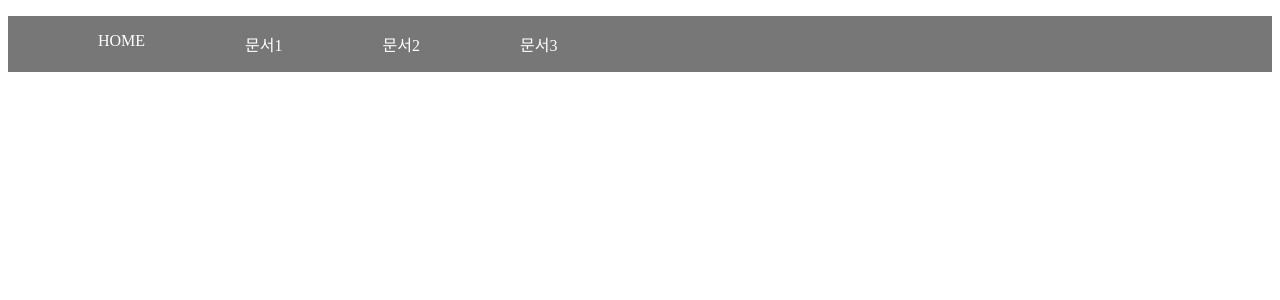
Repository: claddds/2023_webstudy
Page: 01_html/src/main/webapp/day03/ex08_ul_menu.html
These files come from the project's save history. The page is drawn as it stood at one moment and after the next save; the edit follows.
The browser window is 1280 px wide. The pictures show the whole page.

Above is the page before, as saved 2023-06-21 03:09:49.

### 01_html/src/main/webapp/day03/ex08_ul_menu.html
<!DOCTYPE html>
<html>
<head>
<meta charset="UTF-8">
<title>ul태그를 이용해서 메뉴 만들기</title>
<style type="text/css">
	ul{
		list-style-type: none;
		background-color: #777777;
		overflow:hidden;
	}
	li{
		/*한줄 만들기*/
		float: left;
	}
	ul li a{
		color:white;
		display: block;
		text-decoration: none;
		padding: 16px 50px;
	}
	ul li a:hover{
		background-color: #333333;
		color: skyblue;
	}
</style>
</head>
<body>
	<ul>
		<li><a href="#">HOME</a></li>
		<li><a href="#">문서1</a></li>
		<li><a href="#">문서2</a></li>
		<li><a href="#">문서3</a></li>
	</ul>

</body>
</html>

After the next save:
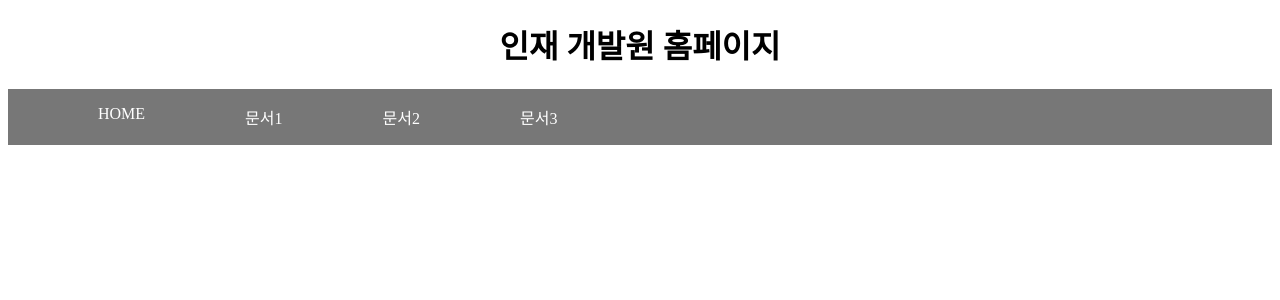
Saved 66 s later.
--- a/01_html/src/main/webapp/day03/ex08_ul_menu.html
+++ b/01_html/src/main/webapp/day03/ex08_ul_menu.html
@@ -23,9 +23,13 @@
 		background-color: #333333;
 		color: skyblue;
 	}
+	h1{
+		text-align: center;
+	}
 </style>
 </head>
 <body>
+	<h1>인재 개발원 홈페이지</h1>
 	<ul>
 		<li><a href="#">HOME</a></li>
 		<li><a href="#">문서1</a></li>
@@ -33,5 +37,7 @@
 		<li><a href="#">문서3</a></li>
 	</ul>
 
+
+
 </body>
 </html>
